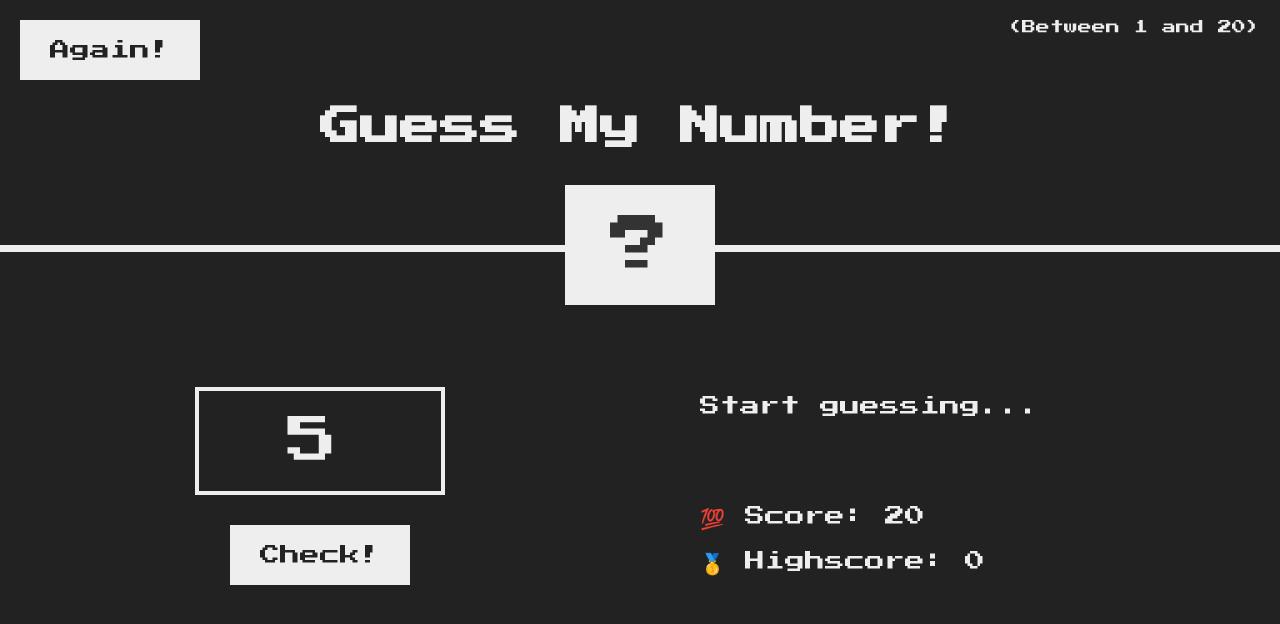
Repository: mjcanon4/guess-my-number
Page: index.html
The author's editor kept a copy of each file at every save. The page is drawn from the files as they stood at one save, then again after the next save.
The browser window is 1280 px wide. The pictures show the whole page.
Empty fields were first filled with sample values (such as "Sample", 5 or name@example.com).
After loading, the first visible `button.btn` was clicked once.

Above is the page before, as saved 2021-02-05 00:11:40.

### index.html
<!DOCTYPE html>
<html lang="en">
  <head>
    <meta charset="UTF-8" />
    <meta name="viewport" content="width=device-width, initial-scale=1.0" />
    <meta http-equiv="X-UA-Compatible" content="ie=edge" />
    <link rel="stylesheet" href="index.css" />
    <title>Guess My Number!</title>
  </head>
  <body>
    <header>
      <h1>Guess My Number!</h1>
      <p class="between">(Between 1 and 20)</p>
      <button class="btn again">Again!</button>
      <div class="number">?</div>
    </header>
    <main>
      <section class="left">
        <input type="number" class="guess" />
        <button class="btn check">Check!</button>
      </section>
      <section class="right">
        <p class="message">Start guessing...</p>
        <p class="label-score">💯 Score: <span class="score">20</span></p>
        <p class="label-highscore">
          🥇 Highscore: <span class="highscore">0</span>
        </p>
      </section>
    </main>
    <script src="index.js"></script>
  </body>
</html>

### index.css
@import url("https://fonts.googleapis.com/css?family=Press+Start+2P&display=swap");

* {
  margin: 0;
  padding: 0;
  box-sizing: inherit;
}

html {
  font-size: 62.5%;
  box-sizing: border-box;
}

body {
  font-family: "Press Start 2P", sans-serif;
  color: #eee;
  background-color: #222;
  /* background-color: #60b347; */
}

/* LAYOUT */
header {
  position: relative;
  height: 35vh;
  border-bottom: 7px solid #eee;
}

main {
  height: 65vh;
  color: #eee;
  display: flex;
  align-items: center;
  justify-content: space-around;
}

.left {
  width: 52rem;
  display: flex;
  flex-direction: column;
  align-items: center;
}

.right {
  width: 52rem;
  font-size: 2rem;
}

/* ELEMENTS STYLE */
h1 {
  font-size: 4rem;
  text-align: center;
  position: absolute;
  width: 100%;
  top: 52%;
  left: 50%;
  transform: translate(-50%, -50%);
}

.number {
  background: #eee;
  color: #333;
  font-size: 6rem;
  width: 15rem;
  padding: 3rem 0rem;
  text-align: center;
  position: absolute;
  bottom: 0;
  left: 50%;
  transform: translate(-50%, 50%);
}

.between {
  font-size: 1.4rem;
  position: absolute;
  top: 2rem;
  right: 2rem;
}

.again {
  position: absolute;
  top: 2rem;
  left: 2rem;
}

.guess {
  background: none;
  border: 4px solid #eee;
  font-family: inherit;
  color: inherit;
  font-size: 5rem;
  padding: 2.5rem;
  width: 25rem;
  text-align: center;
  display: block;
  margin-bottom: 3rem;
}

.btn {
  border: none;
  background-color: #eee;
  color: #222;
  font-size: 2rem;
  font-family: inherit;
  padding: 2rem 3rem;
  cursor: pointer;
}

.btn:hover {
  background-color: #ccc;
}

.message {
  margin-bottom: 8rem;
  height: 3rem;
}

.label-score {
  margin-bottom: 2rem;
}

### index.js
"use strict";

//Here we are creating the secret number
const number = Math.trunc(Math.random() * 20) + 1;
let score = 20;
let highScore = 0;

// Resetting the game via the Again button
document.querySelector(".again").addEventListener("click", function () {
  document.querySelector(".message").textContent = "Start guessing...";
  document.querySelector(".score").textContent = 20;
  document.querySelector("body").style.backgroundColor = "#222";
  document.querySelector(".number").style.width = "15rem";
});

// Listening for a click
document.querySelector(".check").addEventListener("click", function () {
  const guess = Number(document.querySelector(".guess").value);
  console.log(guess, typeof guess);

  //If there is no guess but check has been clicked, a message appears
  if (!guess) {
    document.querySelector(".message").textContent =
      "I need a number to check...";
  } else if (guess === number) {
    document.querySelector(".message").textContent = "Congrats! 🥳";
    document.querySelector(".highscore").textContent = score;
    document.querySelector("body").style.backgroundColor = "#60b347";
    document.querySelector(".number").style.width = "30rem";
    document.querySelector(".number").textContent = number;
  } else if (guess > number) {
    if (score > 1) {
      document.querySelector(".message").textContent = "⏬ Too high...";
      score--;
      document.querySelector(".score").textContent = score;
    } else {
      document.querySelector(".message").textContent = "Dont visit a casino 😅";
      document.querySelector(".score").textContent = 0;
    }
  } else if (guess < number) {
    if (score > 1) {
      document.querySelector(".message").textContent = "⏫ Too low...";
      score--;
      document.querySelector(".score").textContent = score;
    } else {
      document.querySelector(".message").textContent = "Dont visit a casino 😅";
      document.querySelector(".score").textContent = 0;
    }
  }
});

After the next save:
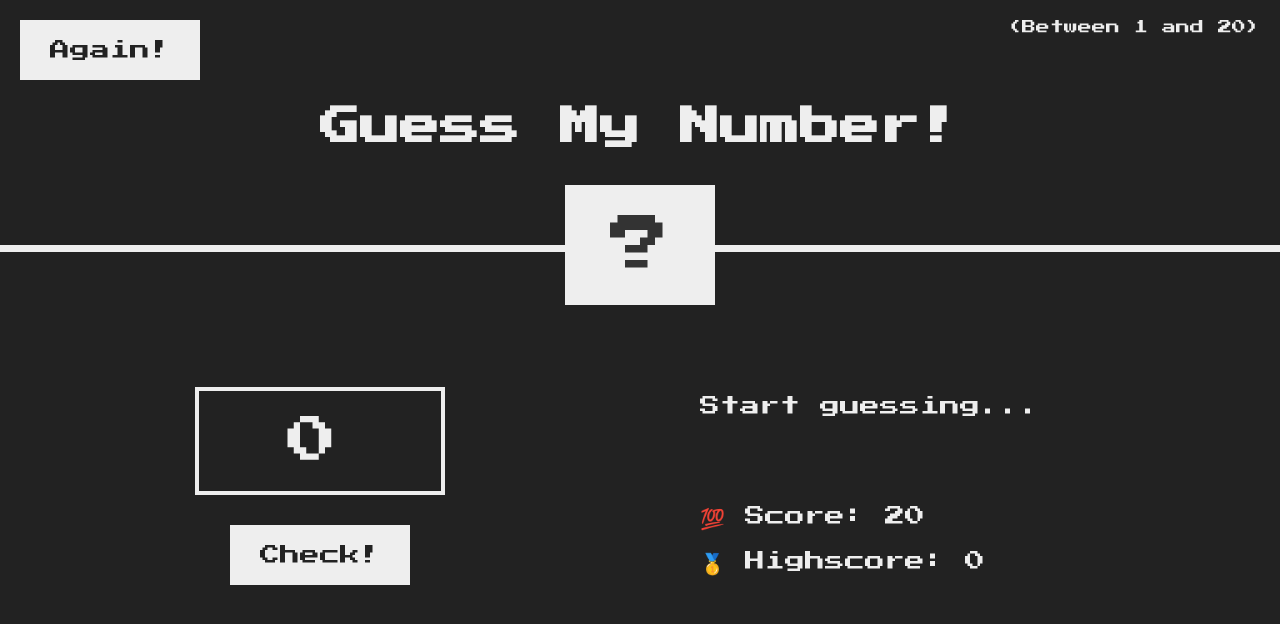
Saved 67 s later.
--- a/index.js
+++ b/index.js
@@ -11,6 +11,7 @@ document.querySelector(".again").addEventListener("click", function () {
   document.querySelector(".score").textContent = 20;
   document.querySelector("body").style.backgroundColor = "#222";
   document.querySelector(".number").style.width = "15rem";
+  document.querySelector(".guess").value = 0;
 });
 
 // Listening for a click
